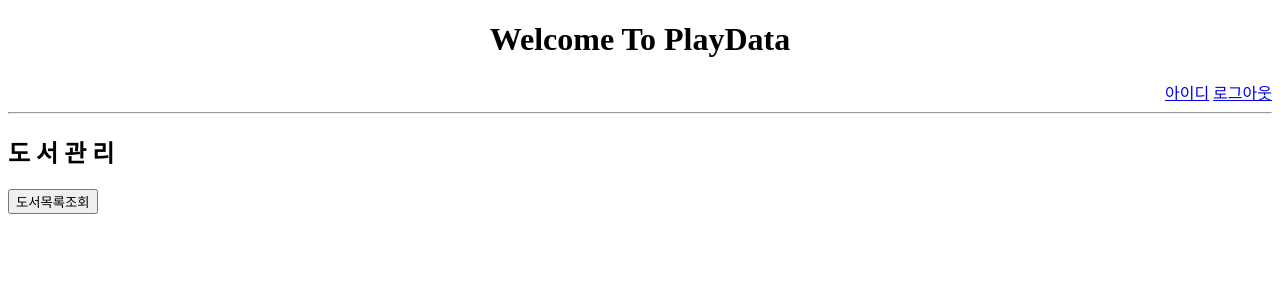
Repository: qkqwof/TIL_code
Page: http://localhost/sp14_Restful_BookTest/bookmgr.jsp
These files come from the project's save history. The page is drawn as it stood at one moment and after the next save; the edit follows.
The browser window is 1280 px wide. The pictures show the whole page.
Some web libraries are served in a nearby version. The page is served by Tomcat 9. Nobody is signed in. The application's start-up code is not run.

Above is the page before, as saved 2021-07-06 00:47:23.

After the next save:
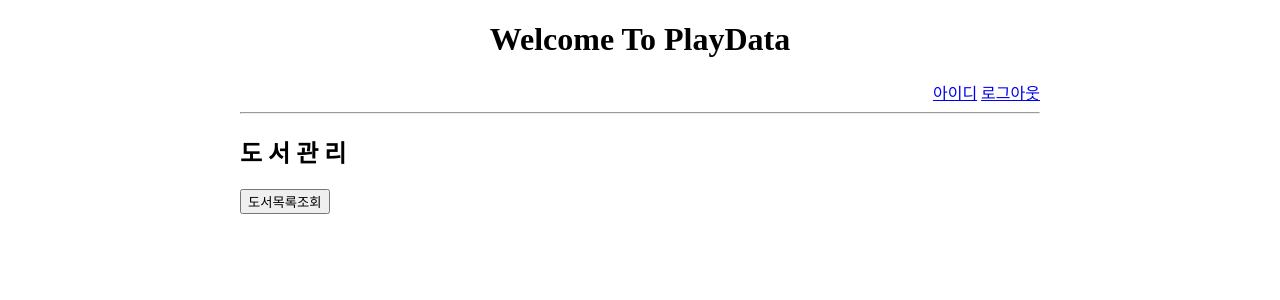
Saved 2 min 36 s later.
--- a/SpringMVCProject/sp14_Restful_BookTest/src/main/webapp/bookmgr.jsp
+++ b/SpringMVCProject/sp14_Restful_BookTest/src/main/webapp/bookmgr.jsp
@@ -5,6 +5,13 @@
 <head>
 <meta charset="UTF-8">
 <title>Insert title here</title>
+<style type="text/css">
+	body{
+		width: 800px;
+		margin: 0 auto;
+		/* font-family: d2Coding; */
+	}
+</style>
 <script src="//cdnjs.cloudflare.com/ajax/libs/jquery/3.2.1/jquery.min.js"></script>
 <script>
 $(function(){
